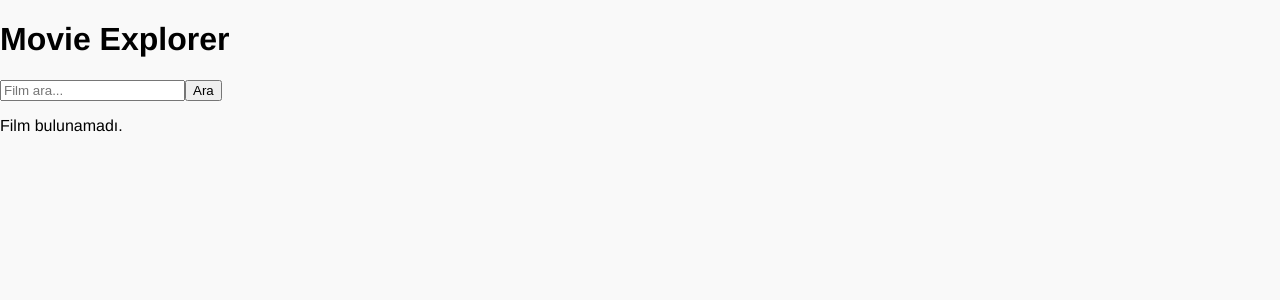
Repository: denizdizi/movie-explorer
Page: /
These files come from the project's save history. The page is drawn as it stood at one moment and after the next save; the edit follows.
The browser window is 1280 px wide. The pictures show the whole page.
The page's requests for data from a server got no answer. The project was rebuilt for these pictures with package versions that can differ from the ones it lists, and the page was loaded fresh each time. No one was signed in, and anything a server would have sent is missing. Also part of the build but not shown: src/App.css, src/components/MovieCard.js.

Above is the page before, as saved 2025-03-28 11:05:27.

### src/index.js
import React from 'react';
import ReactDOM from 'react-dom/client';
import './index.css';
import App from './App';
import reportWebVitals from './reportWebVitals';
import { Provider } from 'react-redux';
import store from "./store/store";

const root = ReactDOM.createRoot(document.getElementById('root'));
root.render(
  <Provider store={store}>
    <App />
  </Provider>
);

// If you want to start measuring performance in your app, pass a function
// to log results (for example: reportWebVitals(console.log))
// or send to an analytics endpoint. Learn more: https://bit.ly/CRA-vitals
reportWebVitals();

### src/App.js
import './App.css';
import React from "react";
import { BrowserRouter as Router, Routes, Route } from "react-router-dom";
import Home from "./pages/Home";
import "./styles/global.scss";

function App() {
  return (
    <Router>
      <Routes>
        <Route path="/" element={<Home />} />
        {/* <Route path="/movie/:id" element={<MovieDetails />} /> */}
      </Routes>
    </Router>
  );
}

export default App;

### src/store/store.js
import { createStore, applyMiddleware, combineReducers } from "redux";
import { thunk } from "redux-thunk";
import movieReducer from "./reducers";

const rootReducer = combineReducers({
  movies: movieReducer,
});

const store = createStore(rootReducer, applyMiddleware(thunk));

export default store;

### src/pages/Home.js
import React, { useEffect } from "react";
import { useDispatch, useSelector } from "react-redux";
import { fetchMovies } from "../store/actions";
import MovieList from "../components/MovieList";
import SearchBar from "../components/SearchBar";

const Home = () => {
  const dispatch = useDispatch();
  const { movies, loading, error } = useSelector((state) => state.movies);

  useEffect(() => {
    dispatch(fetchMovies("pokemon")); // Varsayılan olarak bir film listesi getir
  }, [dispatch]);

  return (
    <div>
      <h1>Movie Explorer</h1>
      <SearchBar />
      {loading && <p>Yükleniyor...</p>}
      {error && <p>Hata: {error}</p>}
      <MovieList movies={movies} />
    </div>
  );
};

export default Home;

### src/styles/global.scss
body {
    font-family: 'Franklin Gothic Medium', 'Arial Narrow', Arial, sans-serif;
    background-color: #f9f9f9;
}

.movie-list {
    justify-content: center;
}

.movie-line {
  display: flex;
  align-items: center;
  margin-bottom: 2em;
  background-color: #f9f9f9;
  gap: 2em;
  justify-content: center;
}

.movie-card {
  width: 200px; /* Kartın genişliği */
  height: 300px; /* Kartın yüksekliği */
  border-radius: 10px; /* Köşeleri yuvarlat */
  box-shadow: 0 4px 8px rgba(0, 0, 0, 0.2); /* Gölgelendirme */
  overflow: hidden; /* İçerik taşmasını engelle */
  background-color: #fff; /* Arka plan beyaz */
  display: flex;
  flex-direction: column; /* İçeriği dikey yerleştir */
  align-items: center;
  justify-content: flex-start; /* Başlık ve içerikler üst kısımda yer alsın */
  padding: 10px;
  border: 1px solid #ddd; /* Çerçeve */
}

.img-container {
  width: 100%; /* Konteynerin genişliği */
  height: 60%; /* Resmin yüksekliği */
  overflow: hidden;
  padding: 0; /* Paddingi sıfırlayın */
  display: flex;
  justify-content: center;
  align-items: center; /* Resmin ortalanması için */
  border-radius: 5px;
}

.img-container img {
  width: 100%;
  height: 100%;
  object-fit: cover; /* Resmi konteynere tam sığdır */
  object-position: center;
}

.movie-card h3 {
  margin-top: 10px;
  font-size: 16px;
  text-align: center;
}

@media (max-width: 700px) {
  .movie-line {
    flex-direction: column;
  }

  .img-container {
    height: 60%; /* Küçük ekranlarda img-container yüksekliğini azaltın */
  }
}

### src/store/reducers.js
import { FETCH_MOVIES_REQUEST, FETCH_MOVIES_SUCCESS, FETCH_MOVIES_FAILURE } from "./actions";

const initialState = {
  movies: [],
  loading: false,
  error: null,
};

const movieReducer = (state = initialState, action) => {
  switch (action.type) {
    case FETCH_MOVIES_REQUEST:
      return { ...state, loading: true };
    case FETCH_MOVIES_SUCCESS:
      return { ...state, loading: false, movies: action.payload };
    case FETCH_MOVIES_FAILURE:
      return { ...state, loading: false, error: action.payload };
    default:
      return state;
  }
};

export default movieReducer;

### src/store/actions.js
import { searchMovies } from "../utils/api";

export const FETCH_MOVIES_REQUEST = "FETCH_MOVIES_REQUEST";
export const FETCH_MOVIES_SUCCESS = "FETCH_MOVIES_SUCCESS";
export const FETCH_MOVIES_FAILURE = "FETCH_MOVIES_FAILURE";

export const fetchMovies = (query = "pokemon", page = 1) => async (dispatch) => {
  dispatch({ type: FETCH_MOVIES_REQUEST });

  try {
    const movies = await searchMovies(query, page);
    dispatch({ type: FETCH_MOVIES_SUCCESS, payload: movies });
  } catch (error) {
    dispatch({ type: FETCH_MOVIES_FAILURE, payload: error.message });
  }
};

### src/components/MovieList.js
import React from "react";
import MovieCard from "./MovieCard";

const MovieList = ({ movies }) => {
  if (!movies || movies.length === 0) {
    return <p>Film bulunamadı.</p>;
  }

  return (
    <div className="movie-list">
      <div className="row movie-line">
        {movies.slice(0, 5).map((movie) => (
          <MovieCard key={movie.imdbID} movie={movie} />
        ))}
      </div>
      <div className="row movie-line">
        {movies.slice(5, 10).map((movie) => (
          <MovieCard key={movie.imdbID} movie={movie} />
        ))}
      </div>
    </div>
  );
};

export default MovieList;

### src/components/SearchBar.js
import React, { useState } from "react";
import { useDispatch } from "react-redux";
import { fetchMovies } from "../store/actions";

const SearchBar = () => {
  const [query, setQuery] = useState("");
  const dispatch = useDispatch();

  const handleSearch = (e) => {
    e.preventDefault();
    if (query.trim() !== "") {
      dispatch(fetchMovies(query));
    }
  };

  return (
    <form onSubmit={handleSearch} className="search-bar">
      <input
        type="text"
        placeholder="Film ara..."
        value={query}
        onChange={(e) => setQuery(e.target.value)}
      />
      <button type="submit">Ara</button>
    </form>
  );
};

export default SearchBar;

### src/utils/api.js
import axios from "axios";

const API_KEY = "df54e6ed";
const BASE_URL = "https://www.omdbapi.com/";

export const searchMovies = async (text = "pokemon", page = 1) => {
  try {
    const response = await axios.get(BASE_URL, {
      params: {
        apikey: API_KEY,
        s: text,
        page: page,
      },
    });
    return response.data.Search;
  } catch (error) {
    console.error("Film arama hatası:", error);
    return [];
  }
};

export const getMovieDetails = async (movieID) => {
  try {
    const response = await axios.get(BASE_URL, {
      params: {
        apikey: API_KEY,
        i: movieID,
      },
    });
    return response.data;
  } catch (error) {
    console.error("Film detaylarını getirme hatası:", error);
    return null;
  }
};

Loaded but not shown: public/index.html (common file); src/index.css (common file); src/reportWebVitals.js (common file); src/styles/movie.scss (no stored copy; drawn as an empty file)

After the next save:
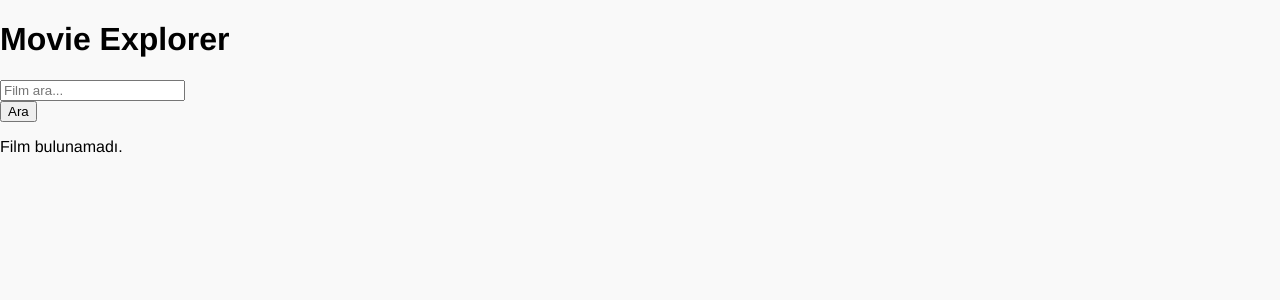
Saved 2 min 49 s later.
--- a/src/components/SearchBar.js
+++ b/src/components/SearchBar.js
@@ -15,13 +15,23 @@ const SearchBar = () => {
 
   return (
     <form onSubmit={handleSearch} className="search-bar">
-      <input
-        type="text"
-        placeholder="Film ara..."
-        value={query}
-        onChange={(e) => setQuery(e.target.value)}
-      />
-      <button type="submit">Ara</button>
+      <div className="input-wrapper">
+        <input
+          type="text"
+          placeholder="Film ara..."
+          value={query}
+          onChange={(e) => setQuery(e.target.value)}
+          className="search-input"
+        />
+        {query && (
+          <button type="button" onClick={handleClear} className="clear-btn">
+            ✖
+          </button>
+        )}
+      </div>
+      <button type="submit" className="search-btn">
+        Ara
+      </button>
     </form>
   );
 };
